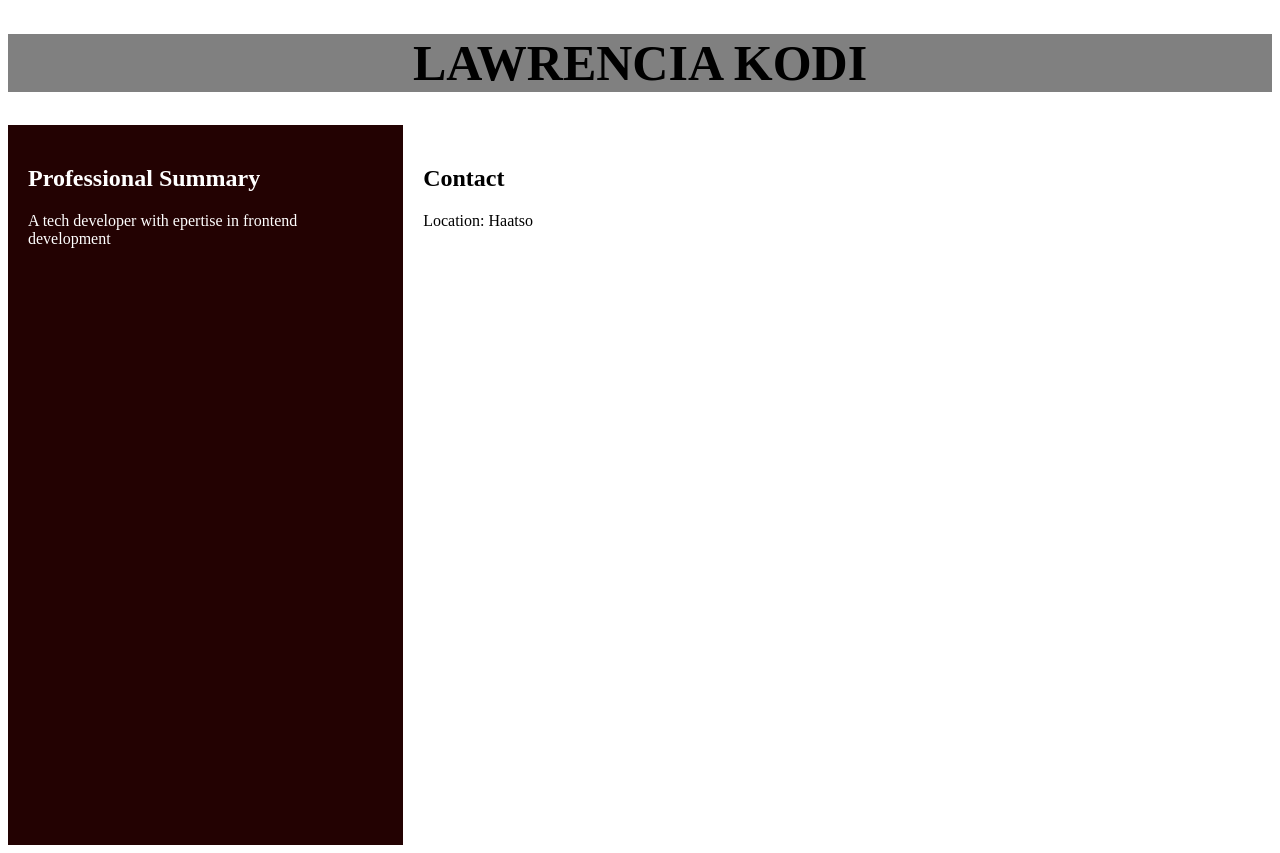
Repository: lawrencia-coder/T4G_CV
Page: index.html
An editor plug-in stored every save of this project. The page is shown before and after a run of saves, followed by the edit.
The browser window is 1280 px wide. The pictures show the whole page.
Some web libraries are served in a nearby version.

Above is the page before, as saved 2026-07-09 07:30:10.

### index.html
<!DOCTYPE html>
<html lang="en">
<head>
    <meta charset="UTF-8">
    <meta name="viewport" content="width=device-width, initial-scale=1.0">
    <script src="https://kit.fontawesome.com/c72fc9c022.js" crossorigin="anonymous"></script>
    <title>T4G_CV</title>
    <link rel="stylesheet" href="style.css">
</head>
<body>
    <h1>LAWRENCIA KODI</h1>
    <div class="cv-container">
        <div class="left-column">
            <h2>Professional Summary</h2>
              <p>A tech developer with epertise in frontend development</p>
        </div>
         <div class="right-column">
             <h2> Contact</h2>
              <p>Location: Haatso</p>
         </div>
    </div>

</body>
</html>

### style.css
/* working on my headings */
h1{
    text-align: center;
    background-color: grey;
    border-width: 60px;
    font-size: 50px;

}
.cv-container{
    display: flex;
    width: 100%;
    min-height: 100vh;
}

.left-column{
width: 30%;
background-color: rgb(35, 2, 2);
color: white;
padding: 20px;
}

.right-column{
    width: 70%;
    background-color: white;
    color: black;
    padding: 20px;
}

After the next 3 saves:
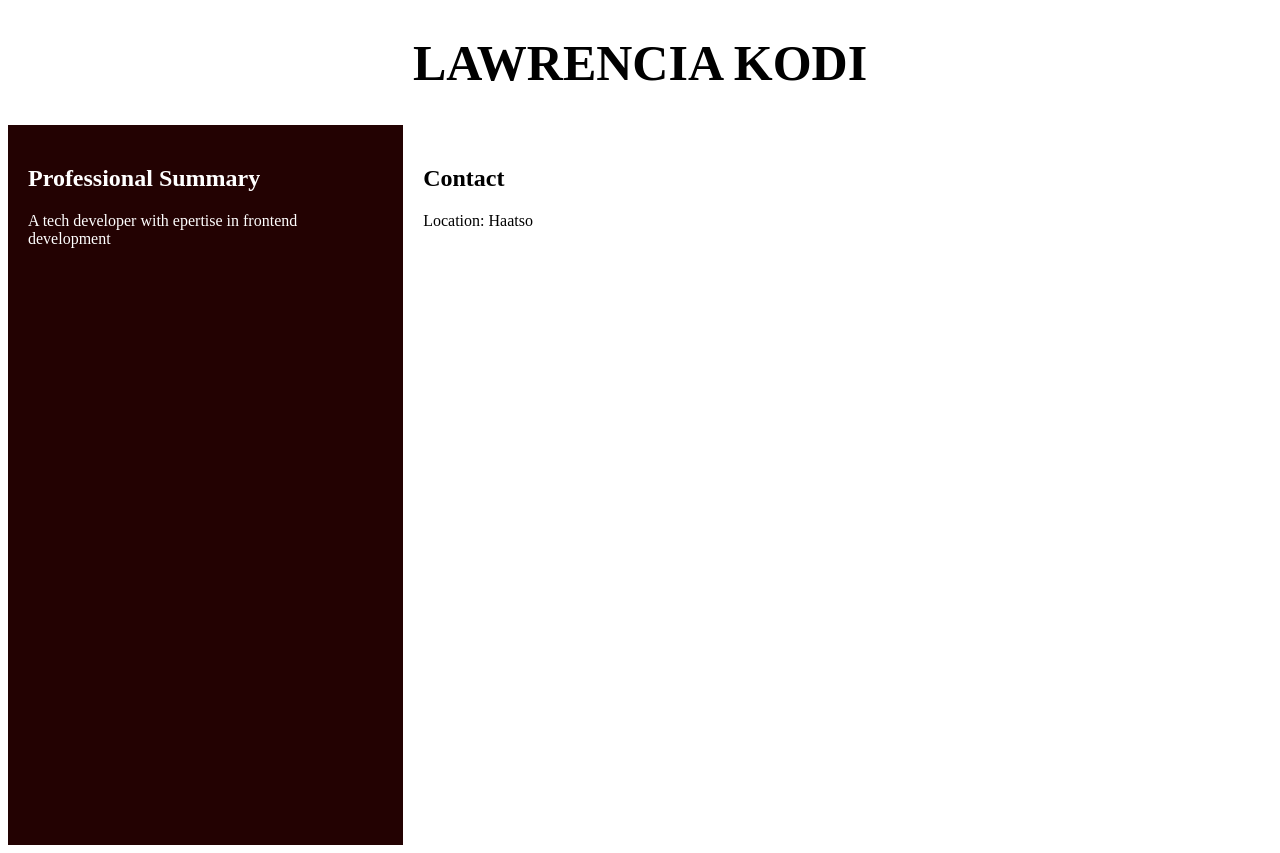
The 3 saves are shown as one change because they came seconds apart.
The last was saved 21 s later.
--- a/style.css
+++ b/style.css
@@ -1,7 +1,7 @@
 /* working on my headings */
 h1{
     text-align: center;
-    background-color: grey;
+    background-color: rgb(255, 255, 255);
     border-width: 60px;
     font-size: 50px;
 
